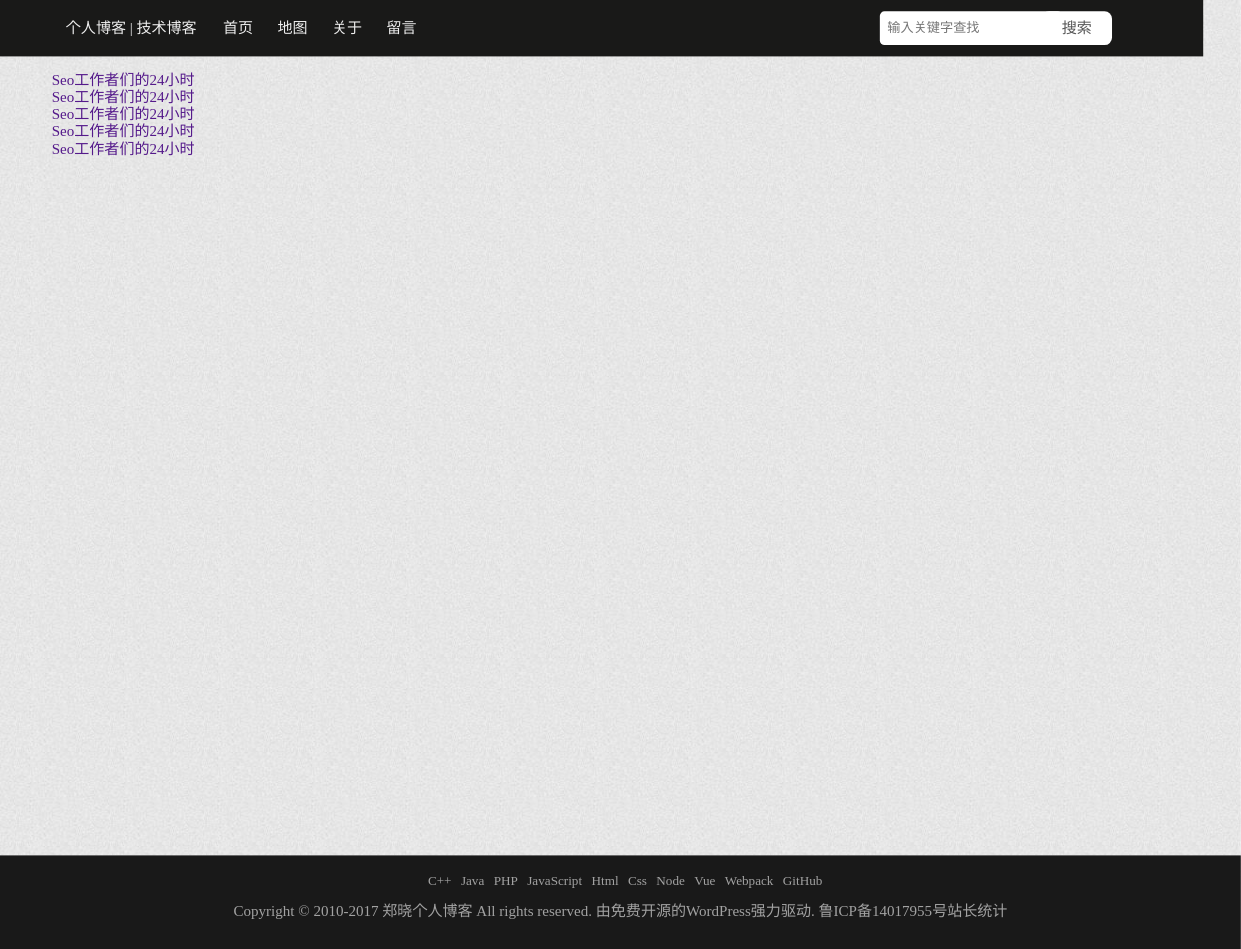
Repository: li1214/my_blog
Page: page/map.html
An editor plug-in stored every save of this project. The page is shown before and after the next save, followed by the edit.
The browser window is 1280 px wide. The page is 1320 px wide, so the pictures cover 1320 px, including what lies to the right of the window. The pictures show the whole page, at 94% of full size.

Above is the page before, as saved 2019-01-04 13:58:20.

### page/map.html
<!DOCTYPE html>
<html lang="en">
<head>
    <meta charset="UTF-8">
    <meta name="viewport" content="width=device-width, initial-scale=1.0">
    <meta http-equiv="X-UA-Compatible" content="ie=edge">
    <title>Document</title>
    <link href="./css/base.css" rel="stylesheet" type="text/css" />
    <link href="./css/map.css" rel="stylesheet" type="text/css" />
</head>
<body>
    <header>
        <div class="container">
            <a>个人博客 | 技术博客</a>
            <ul>
                <li><a href="">首页</a></li>
                <li><a href="">地图</a></li>
                <li><a href="">关于</a></li>
                <li><a href="">留言</a></li>
            </ul>
            <div class="search">
                <input type="text" placeholder="输入关键字查找" />
                <button>搜索</button>
            </div>
        </div>
    </header>
    <div class='content'>
        <ul>
            <li><a href="">Seo工作者们的24小时</a></li>
            <li><a href="">Seo工作者们的24小时</a></li>
            <li><a href="">Seo工作者们的24小时</a></li>
            <li><a href="">Seo工作者们的24小时</a></li>
            <li><a href="">Seo工作者们的24小时</a></li>
        </ul>
    </div>
    <footer>
        <ul>
            <li>C++</li>
            <li>Java</li>
            <li>PHP</li>
            <li>JavaScript</li>
            <li>Html</li>
            <li>Css</li>
            <li>Node</li>
            <li>Vue</li>
            <li>Webpack</li>
            <li>GitHub</li>
        </ul>
        <p>Copyright © 2010-2017 郑晓个人博客 All rights reserved. 由免费开源的WordPress强力驱动. 鲁ICP备14017955号站长统计</p>
    </footer>
</body>
</html>

### page/css/base.css
html {line-height: 1.15; /* 1 */-webkit-text-size-adjust: 100%; /* 2 */}
body {margin: 0;}
@font-face{
    font-family: 'myicon';
    src: url('../font/glyphicons-halflings-regular.woff2')
}
ul{padding: 0}
main {
  display: block;
}
h1 {
  font-size: 2em;
  margin: 0.67em 0;
}
hr {
  box-sizing: content-box; /* 1 */
  height: 0; /* 1 */
  overflow: visible; /* 2 */
}
pre {
  font-family: monospace, monospace; /* 1 */
  font-size: 1em; /* 2 */
}
a {
  background-color: transparent;
}
abbr[title] {
  border-bottom: none; /* 1 */
  text-decoration: underline; /* 2 */
  text-decoration: underline dotted; /* 2 */
}
b,
strong {
  font-weight: bolder;
}
code,
kbd,
samp {
  font-family: monospace, monospace; /* 1 */
  font-size: 1em; /* 2 */
}
small {
  font-size: 80%;
}
sub,
sup {
  font-size: 75%;
  line-height: 0;
  position: relative;
  vertical-align: baseline;
}
sub {
  bottom: -0.25em;
}
sup {
  top: -0.5em;
}
img {
  border-style: none;
}
button,
input,
optgroup,
select,
textarea {
  font-family: inherit; /* 1 */
  font-size: 100%; /* 1 */
  line-height: 1.15; /* 1 */
  margin: 0; /* 2 */
}
button,
input { /* 1 */
  overflow: visible;
}
button,
select { /* 1 */
  text-transform: none;
}
button,
[type="button"],
[type="reset"],
[type="submit"] {
  -webkit-appearance: button;
}
button::-moz-focus-inner,
[type="button"]::-moz-focus-inner,
[type="reset"]::-moz-focus-inner,
[type="submit"]::-moz-focus-inner {
  border-style: none;
  padding: 0;
}
button:-moz-focusring,
[type="button"]:-moz-focusring,
[type="reset"]:-moz-focusring,
[type="submit"]:-moz-focusring {
  outline: 1px dotted ButtonText;
}
fieldset {
  padding: 0.35em 0.75em 0.625em;
}
legend {
  box-sizing: border-box; /* 1 */
  color: inherit; /* 2 */
  display: table; /* 1 */
  max-width: 100%; /* 1 */
  padding: 0; /* 3 */
  white-space: normal; /* 1 */
}
progress {
  vertical-align: baseline;
}
textarea {
  overflow: auto;
}

[type="checkbox"],
[type="radio"] {
  box-sizing: border-box; /* 1 */
  padding: 0; /* 2 */
}
[type="number"]::-webkit-inner-spin-button,
[type="number"]::-webkit-outer-spin-button {
  height: auto;
}

[type="search"] {
  -webkit-appearance: textfield; /* 1 */
  outline-offset: -2px; /* 2 */
}

[type="search"]::-webkit-search-decoration {
  -webkit-appearance: none;
}
::-webkit-file-upload-button {
  -webkit-appearance: button; /* 1 */
  font: inherit; /* 2 */
}
details {
  display: block;
}
summary {
  display: list-item;
}
template {
  display: none;
}
[hidden] {
  display: none;
}
a{text-decoration: none;}
/* ========================================================== css reset ========================================================== */

body {
    width: 100%;
    height: 100%;
    background-image: url(../image/bg.jpg);
    background-repeat: repeat;
    overflow-x: hidden;
}

header{
    width: 100%;
    height: 60px;
    background-color: #191918;
}
header .container {
    width:1170px;
    height: 100%;
    margin: 0 auto;
}
header .container>a{
    display: block;
    float: left;
    color: #eee;
    line-height: 60px;
    margin: 0 15px;
    font-size: 16px;
}
header .container>ul{
    float: left;
    margin: 0;
    padding: 0;
}
header .container>ul>li{
    display: inline-block;
    float: left;
}
header .container>ul>li a{
    color: #eee;
    display: inline-block;
    height: 60px;
    width: 58px;
    line-height: 60px;
    text-align: center;
}
header .container .search{
    float: right;
    height: 100%;
    position: relative;
    right: 117px;
}
header .container .search>input{
    display: inline-block;
    position: absolute;
    height: 26px;
    padding: 5px 8px;
    border-radius: 5px;
    border:none;
    outline: none;
    font-size: 14px;
    margin-top: 12px;
    left: -172px;
}
header .container .search > button{
    outline: none;
    display: inline-block;
    position: absolute;
    width: 75px;
    height: 36px;
    padding: 5px 10px;
    border-radius: 8px;
    margin-top: 12px;
    cursor: pointer;
    color: #555;
    background-color: white;
    border: none;
}
/* ============================================================== header end ===================================================================== */
.content {
    width: 1170px;
    margin: 0 auto;
    position: relative;
    overflow: hidden;
}
.content .content-left{
    float: left;
    width: 66%;
    box-sizing: border-box;
    padding: 0 20px;
    background: #f60;
}
.content .content-right{
    float: right;
    width: 34%;
    box-sizing: border-box;
    background-color: aqua;
}
.right-box{
    background-color: #1f1f1f;
    margin-top: 20px;
    width: 80%;
    margin: 0 auto;
    box-sizing: border-box;
    border-radius: 6px;
    padding-bottom: 10px;
}
.right-box>h4 {
    color: #f4f4f4;
    font-weight: normal;
    padding: 5px 10px;
    font-size: 14px;
}
.right-box .contents{
    color: #eee;
    padding: 0 10px 0px 10px;
}
/* .right-box .contents a::after{
    display: block;
    content: '';
    overflow: hidden;
    clear: both;
    position: absolute;
} */
.right-box .contents>a{
    display: inline-block;
}
.right-box .contents li{
    width: 100%;
    list-style: none;
    white-space:nowrap;
    overflow: hidden;
   text-overflow: ellipsis;
    border-top:1px solid #555;
}
.right-box .contents li a{
    font-size: 14px;
    display: inline-block;
    color: #eee;
    padding: 10px 0;
}
.right-box .item .item-title{position: relative;}
.right-box .item .item-title span{display: inline-block;font-size: 14px;font-weight: normal;}
.right-box .item .item-title span.spanr{
    position: absolute;
    right: 10px;
}
.right-box .item > p{color: #777;font-size: 14px;}


/* =====================================================================  footer start ================================================================= */

footer{
    width: 100%;
    height: 60px;
    background: #191919;
    text-align: center;
    padding: 20px;
}
footer ul{
    display: inline-block;
    margin:  0 auto;
    text-align: center;
}
footer ul li{
    display: inline-block;
    color: #a2a2a2;
    float: left;
    font-size: 14px;
    margin-left: 10px;
    cursor: pointer;
    text-align: center;
}
footer p {
    margin-top: 10px;
    color: #a2a2a2;
}

### page/css/map.css
.content{
    min-height: 850px;
}

After the next save:
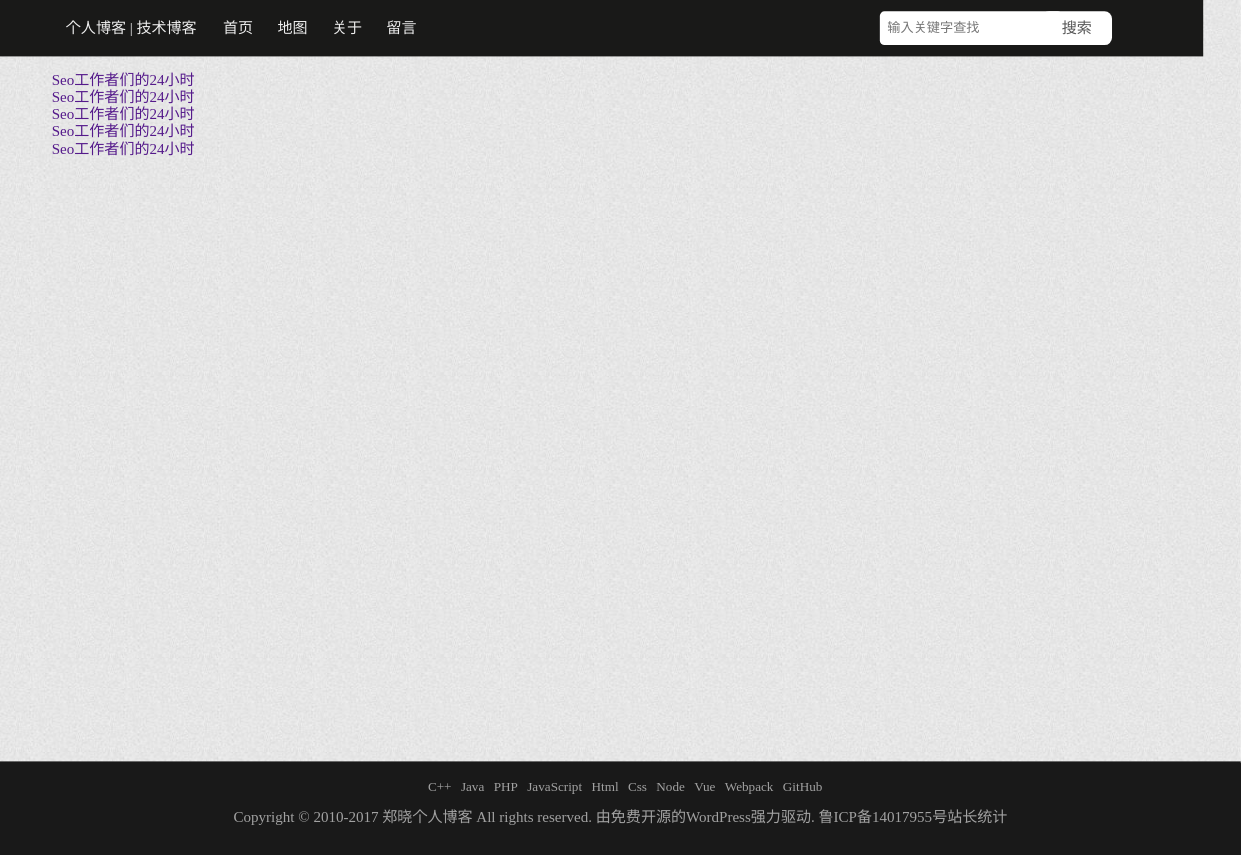
Saved 6 s later.
--- a/page/css/map.css
+++ b/page/css/map.css
@@ -1,3 +1,3 @@
 .content{
-    min-height: 850px;
+    min-height: 750px;
 }
